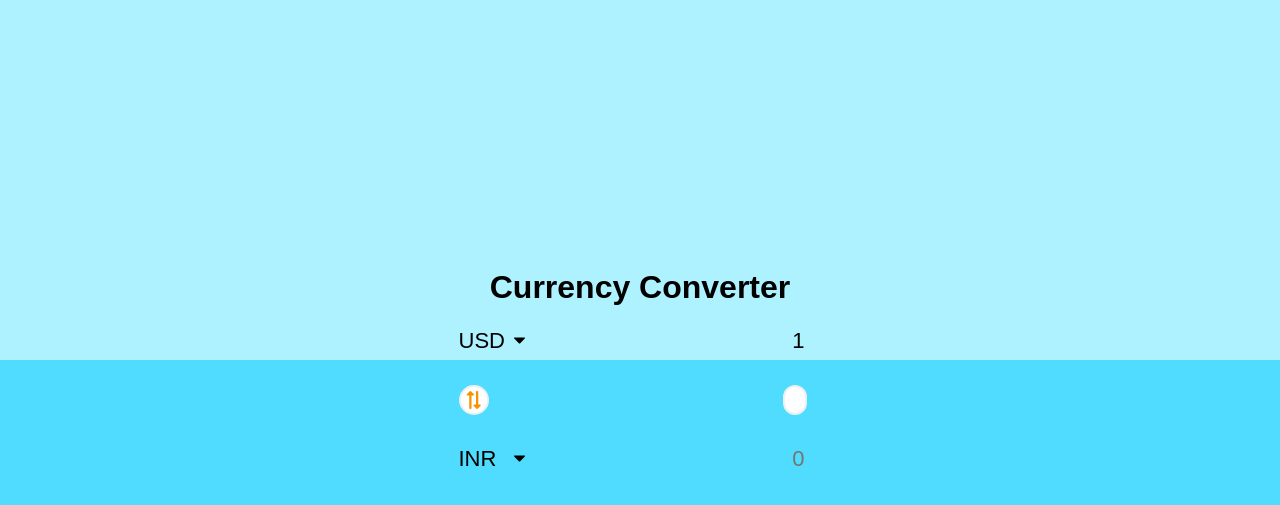
Repository: Sp4ngl3r/Currency-Converter
Page: currency.html
An editor plug-in stored every save of this project. The page is shown before and after the next save, followed by the edit.
The browser window is 1280 px wide. The pictures show the whole page.
Some web fonts or font styles are not loaded; a fallback is used. Some web libraries are served in a nearby version.

Above is the page before, as saved 2020-04-18 18:15:23.
Console error: TypeError: Cannot read properties of null (reading 'addEventListener')

### currency.html
<html lang="en">
  <head>
    <meta charset="UTF-8" />
    <title>USD to INR</title>
    <link
      rel="stylesheet"
      href="https://cdnjs.cloudflare.com/ajax/libs/font-awesome/5.10.2/css/all.min.css"
    />
    <link rel="stylesheet" href="currency.css" />
  </head>
  <h1>Currency Converter</h1>
  <body>
    <div class="container">
      <div class="currency">
        <select id="from_currency">
          <option value="AED">AED</option>
          <option value="ARS">ARS</option>
          <option value="AUD">AUD</option>
          <option value="BGN">BGN</option>
          <option value="BRL">BRL</option>
          <option value="BSD">BSD</option>
          <option value="CAD">CAD</option>
          <option value="CHF">CHF</option>
          <option value="CLP">CLP</option>
          <option value="CNY">CNY</option>
          <option value="COP">COP</option>
          <option value="CZK">CZK</option>
          <option value="DKK">DKK</option>
          <option value="DOP">DOP</option>
          <option value="EGP">EGP</option>
          <option value="EUR">EUR</option>
          <option value="FJD">FJD</option>
          <option value="GBP">GBP</option>
          <option value="GTQ">GTQ</option>
          <option value="HKD">HKD</option>
          <option value="HRK">HRK</option>
          <option value="HUF">HUF</option>
          <option value="IDR">IDR</option>
          <option value="ILS">ILS</option>
          <option value="INR">INR</option>
          <option value="ISK">ISK</option>
          <option value="JPY">JPY</option>
          <option value="KRW">KRW</option>
          <option value="KZT">KZT</option>
          <option value="MXN">MXN</option>
          <option value="MYR">MYR</option>
          <option value="NOK">NOK</option>
          <option value="NZD">NZD</option>
          <option value="PAB">PAB</option>
          <option value="PEN">PEN</option>
          <option value="PHP">PHP</option>
          <option value="PKR">PKR</option>
          <option value="PLN">PLN</option>
          <option value="PYG">PYG</option>
          <option value="RON">RON</option>
          <option value="RUB">RUB</option>
          <option value="SAR">SAR</option>
          <option value="SEK">SEK</option>
          <option value="SGD">SGD</option>
          <option value="THB">THB</option>
          <option value="TRY">TRY</option>
          <option value="TWD">TWD</option>
          <option value="UAH">UAH</option>
          <option value="USD" selected>USD</option>
          <option value="UYU">UYU</option>
          <option value="VND">VND</option>
          <option value="ZAR">ZAR</option>
        </select>
        <input type="number" id="from_ammount" placeholder="0" value="1" />
      </div>
      <div class="middle">
        <button id="exchange">
          <i class="fas fa-exchange-alt"></i>
        </button>
        <div class="rate" id="rate"></div>
      </div>
      <div class="currency">
        <select id="to_currency"
          ><option value="AED">AED</option>
          <option value="ARS">ARS</option>
          <option value="AUD">AUD</option>
          <option value="BGN">BGN</option>
          <option value="BRL">BRL</option>
          <option value="BSD">BSD</option>
          <option value="CAD">CAD</option>
          <option value="CHF">CHF</option>
          <option value="CLP">CLP</option>
          <option value="CNY">CNY</option>
          <option value="COP">COP</option>
          <option value="CZK">CZK</option>
          <option value="DKK">DKK</option>
          <option value="DOP">DOP</option>
          <option value="EGP">EGP</option>
          <option value="EUR">EUR</option>
          <option value="FJD">FJD</option>
          <option value="GBP">GBP</option>
          <option value="GTQ">GTQ</option>
          <option value="HKD">HKD</option>
          <option value="HRK">HRK</option>
          <option value="HUF">HUF</option>
          <option value="IDR">IDR</option>
          <option value="ILS">ILS</option>
          <option value="INR" selected>INR</option>
          <option value="ISK">ISK</option>
          <option value="JPY">JPY</option>
          <option value="KRW">KRW</option>
          <option value="KZT">KZT</option>
          <option value="MXN">MXN</option>
          <option value="MYR">MYR</option>
          <option value="NOK">NOK</option>
          <option value="NZD">NZD</option>
          <option value="PAB">PAB</option>
          <option value="PEN">PEN</option>
          <option value="PHP">PHP</option>
          <option value="PKR">PKR</option>
          <option value="PLN">PLN</option>
          <option value="PYG">PYG</option>
          <option value="RON">RON</option>
          <option value="RUB">RUB</option>
          <option value="SAR">SAR</option>
          <option value="SEK">SEK</option>
          <option value="SGD">SGD</option>
          <option value="THB">THB</option>
          <option value="TRY">TRY</option>
          <option value="TWD">TWD</option>
          <option value="UAH">UAH</option>
          <option value="USD">USD</option>
          <option value="UYU">UYU</option>
          <option value="VND">VND</option>
          <option value="ZAR">ZAR</option>
        </select>
        <input type="number" id="to_amount" placeholder="0" />
      </div>
    </div>
    <script src="currency.js"></script>
  </body>
</html>

### currency.css
@import url("https://fonts.googleapis.com/css?family=Muli&display=swap");
* {
  box-sizing: border-box;
}
body {
  background: linear-gradient(
    to bottom,
    #aff2ff 0%,
    #aff2ff 50%,
    #50dcff 50%,
    #50dcff 100%
  );
  font-family: "Muli", sans-serif;
  display: flex;
  flex-direction: column;
  justify-content: center;
  align-items: center;
  height: 100vh;
  margin: 0;
}
.currency {
  display: flex;
  align-items: center;
  justify-content: space-between;
}
.currency select {
  background: transparent;
  background-image: url("data:[embedded picture, 475 characters]");
  background-repeat: no-repeat, repeat;
  background-position: right 0.2em top 50%, 0 0;
  background-size: 0.5em auto, 100%;
  border: 0;
  padding-right: 20px;
  font-size: 22px;
  -moz-appearance: none;
  -webkit-appearance: none;
  appearance: none;
}
.currency input {
  border: 0;
  background: transparent;
  font-size: 22px;
  text-align: right;
}
.middle {
  color: #f59300;
  display: flex;
  align-items: center;
  justify-content: space-between;
}
.middle button {
  background-color: #fff;
  border: 2px solid #ecf0f1;
  border-radius: 50%;
  cursor: pointer;
  color: #f59300;
  font-size: 18px;
  display: flex;
  align-items: center;
  justify-content: center;
  height: 30px;
  width: 30px;
  transform: rotate(90deg);
}
.middle button:active {
  transform: rotate(90deg) scale(0.9);
}
.middle .rate {
  background-color: #fff;
  border: 2px solid #ecf0f1;
  border-radius: 50px;
  font-size: 18px;
  display: flex;
  align-items: center;
  justify-content: center;
  height: 30px;
  padding: 0 10px;
  margin: 30px 15px 30px 25px;
}
select:focus,
input:focus,
button:focus {
  outline: 0;
}

### currency.js
const from_currencyEl = document.getElementById("from_currency");
const from_ammountEl = document.getElementById("from_ammount");
const to_currencyEl = document.getElementById("to_currency");
const to_ammountEl = document.getElementById("to_ammount");
const rateEl = document.getElementById("rate");
const exchange = document.getElementById("exchange");

from_currencyEl.addEventListener("change", calculate);
from_ammountEl.addEventListener("input", calculate);
to_currencyEl.addEventListener("change", calculate);
to_ammountEl.addEventListener("input", calculate);

exchange.addEventListener("click", () => {
  const temp = from_currencyEl.value;
  from_currencyEl.value = to_currencyEl.value;
  to_currencyEl.value = temp;
  calculate();
});

function calculate() {
  const from_currency = from_currencyEl.value;
  const to_currency = to_currencyEl.value;

  fetch(`https://api.exchangerate-api.com/v4/latest/${from_currency}`)
    .then((res) => res.json())
    .then((res) => {
      const rate = res.rates[to_currency];
      rateEl.innerText = `1 ${from_currency} = ${rate} ${to_currency}`;
      to_ammountEl.value = (from_ammountEl.value * rate).toFixed(2);
    });
}

calculate();

After the next save:
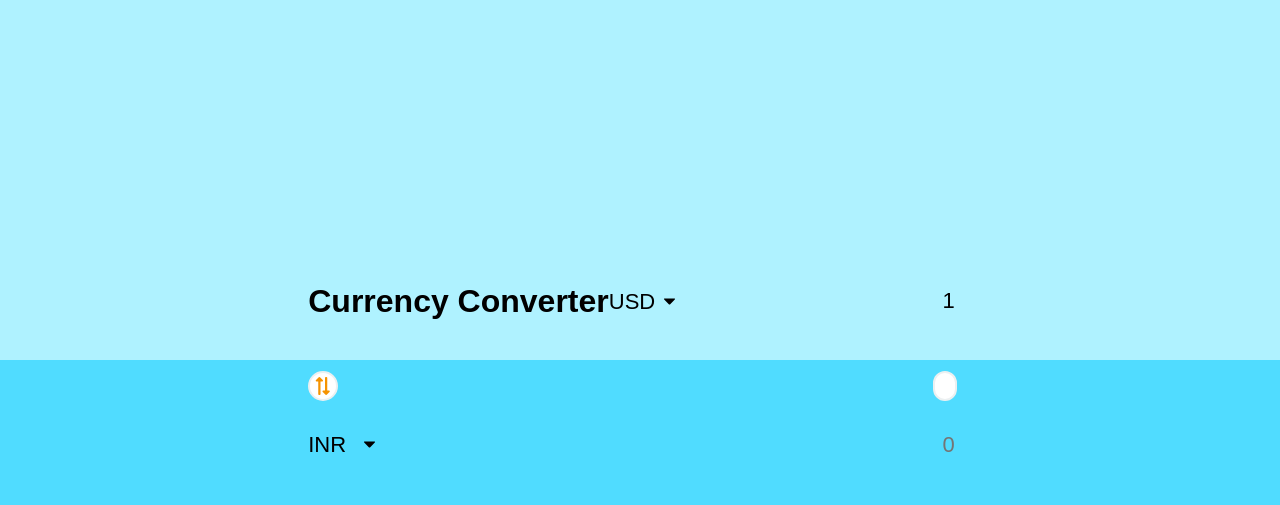
Saved 24 s later.
--- a/currency.html
+++ b/currency.html
@@ -8,10 +8,11 @@
     />
     <link rel="stylesheet" href="currency.css" />
   </head>
-  <h1>Currency Converter</h1>
+
   <body>
     <div class="container">
       <div class="currency">
+        <h1>Currency Converter</h1>
         <select id="from_currency">
           <option value="AED">AED</option>
           <option value="ARS">ARS</option>
